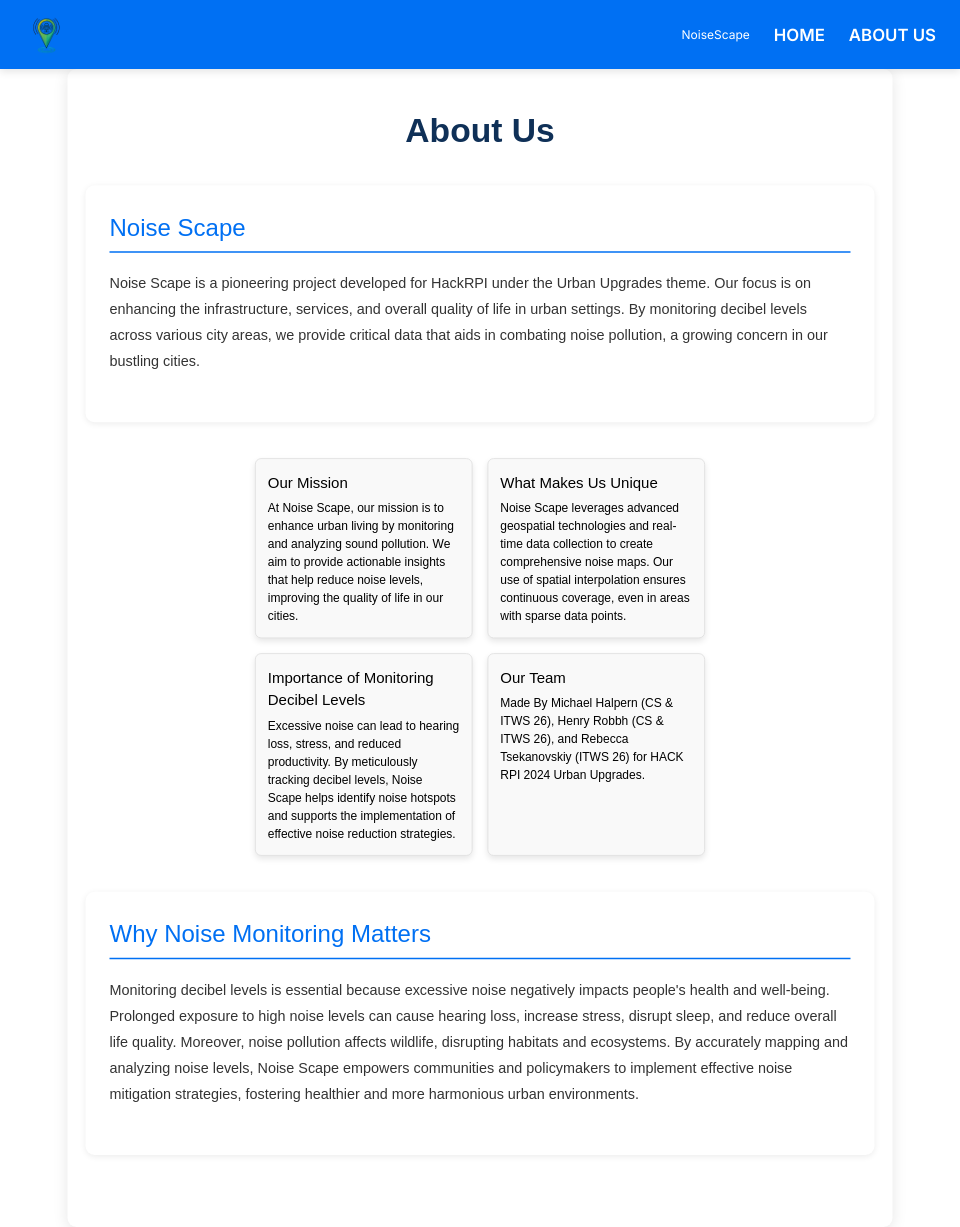
Repository: michaelhelper/HackRPI24
Page: /aboutUs (app in nextjs-dashboard/)
An editor plug-in stored every save of this project. The page is shown before and after the next save, followed by the edit.
The browser window is 1280 px wide. The pictures show the whole page, at 75% of full size.
Some web fonts or font styles are not loaded; a fallback is used. The project was rebuilt for these pictures with package versions that can differ from the ones it lists, and the page was loaded fresh each time. The framework's server and built-in components were replaced by stand-ins that run in the browser. Also part of the build but not shown: nextjs-dashboard/next.config.ts.

Above is the page before, as saved 2024-11-10 10:22:28.

After the next save:
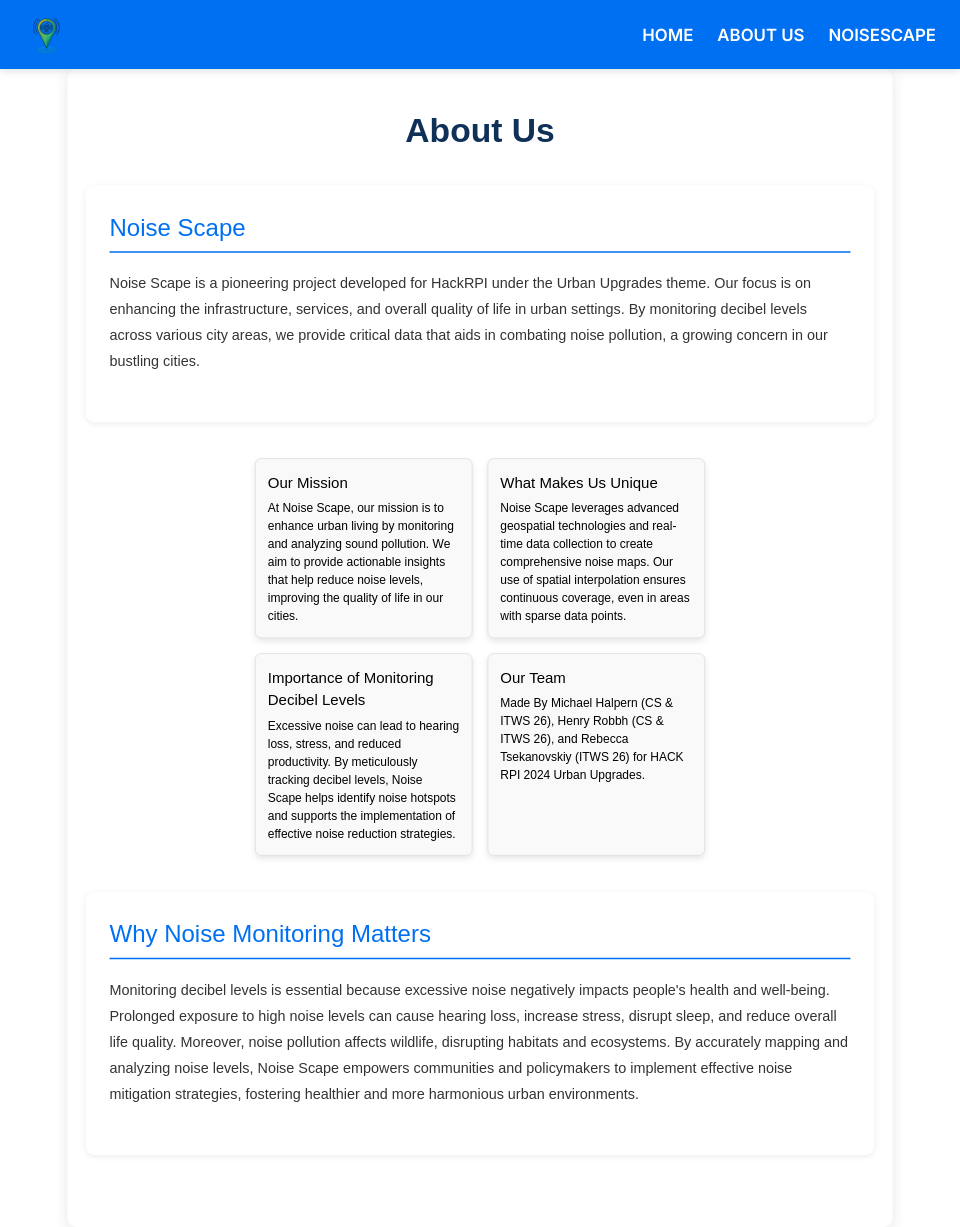
Saved 5 s later.
--- a/nextjs-dashboard/app/nav.tsx
+++ b/nextjs-dashboard/app/nav.tsx
@@ -11,9 +11,6 @@ const Navbar: React.FC = () => {
       <div className={styles.logoContainer}>
         <Logo />
       </div>
-      <div className={styles.titleContainer}>
-        <h1 className={styles.projectTitle}>NoiseScape</h1>
-      </div>
       <ul className={styles.navLinks}>
         <li className={styles.navItem}>
           <Link href="/" className={styles.navLink}>
@@ -25,6 +22,11 @@ const Navbar: React.FC = () => {
             ABOUT US
           </Link>
         </li>
+        <li className={styles.navItem}>
+          <Link href="/noiseScape" className={styles.navLink}>
+            NOISESCAPE
+          </Link>
+        </li>
       </ul>
     </nav>
   );
